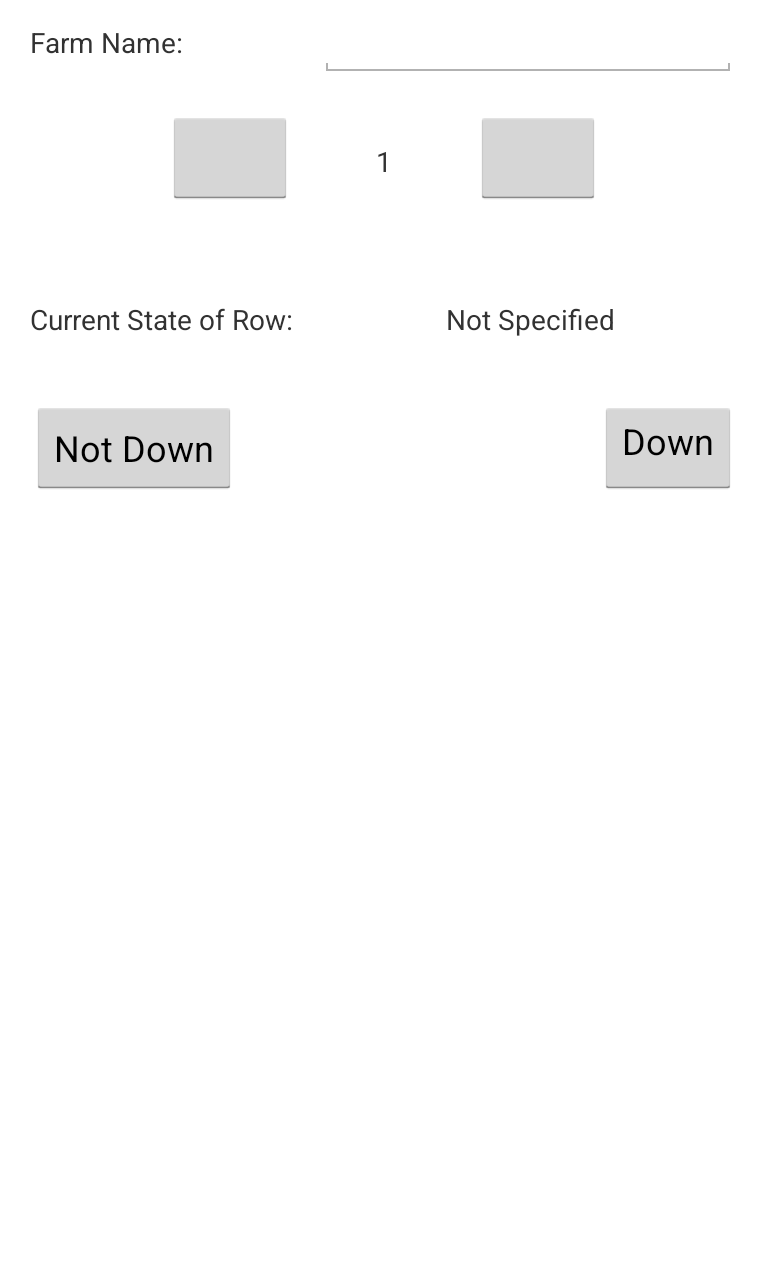
Repository: cokembel/FarmHand
Layout: FarmHand/res/layout/activity_main.xml
The author's editor kept a copy of each file at every save. The layout is drawn from the files as they stood at one save, then again after the next save.
It is drawn on a 768 x 1280 px phone screen (xhdpi) without system bars, with theme AppTheme; the app's code is not run.

Above is the layout before, as saved 2012-12-05 10:09:18.

### FarmHand/res/layout/activity_main.xml

    <ScrollView xmlns:android="http://schemas.android.com/apk/res/android"
        android:layout_width="match_parent"
        android:layout_height="match_parent"
        android:layout_alignParentLeft="true"
        android:layout_alignParentTop="true" >

        <RelativeLayout
            android:layout_width="match_parent"
            android:layout_height="wrap_content" >

            <AutoCompleteTextView
                android:id="@+id/farm_name"
                android:layout_width="wrap_content"
                android:layout_height="wrap_content"
                android:layout_alignParentRight="true"
                android:layout_alignParentTop="true"
                android:layout_marginRight="15dp"
                android:ems="10" />

            <TextView
                android:id="@+id/farm_label"
                android:layout_width="100dp"
                android:layout_height="wrap_content"
                android:layout_alignBaseline="@id/farm_name"
                android:layout_alignBottom="@id/farm_name"
                android:gravity="left"
                android:layout_marginLeft="15dp"
                android:text="@string/farm_name" />

            <TextView
                android:id="@+id/status_label"
                android:layout_width="wrap_content"
                android:layout_height="wrap_content"
                android:layout_marginTop="150dp"
                android:layout_alignLeft="@id/farm_label"
                android:text="@string/status" />

            <TextView
                android:id="@+id/current_status"
                android:layout_width="wrap_content"
                android:layout_height="wrap_content"
                android:layout_alignBaseline="@id/status_label"
                android:layout_alignParentRight="true"
                android:gravity="center_horizontal"
                android:layout_toRightOf="@id/status_label"
                android:text="Not Specified" />

             <TextView
                android:id="@+id/row_number"
                android:layout_width="90dp"
                android:layout_height="40dp"
                android:layout_alignBaseline="@+id/prev_row_button"
                android:layout_alignBottom="@+id/prev_row_button"
                android:layout_centerHorizontal="true"
                android:gravity="center"
                android:text="1" />

            <Button
                android:id="@+id/next_row_button"
                android:layout_width="wrap_content"
                android:layout_height="match_parent"
                android:layout_toRightOf="@id/row_number"
                android:layout_alignTop="@id/prev_row_button"
                />

            <Button
                android:id="@+id/prev_row_button"
                android:layout_toLeftOf="@id/row_number"
                android:layout_width="wrap_content"
                android:layout_height="wrap_content"
                android:layout_marginTop="55dp"
               />

            <Button
                android:id="@+id/not_down_button"
                android:layout_width="wrap_content"
                android:layout_height="wrap_content"
                android:layout_alignLeft="@+id/status_label"
                android:layout_marginTop="200dp"
                android:text="Not Down" />

            <Button
                android:id="@+id/down_button"
                android:layout_width="wrap_content"
                android:layout_height="wrap_content"
                android:layout_alignBottom="@id/not_down_button"
                android:layout_alignRight="@+id/farm_name"
                android:gravity="right"
                android:text="Down" />

        </RelativeLayout>

    </ScrollView>

### FarmHand/res/values/strings.xml
<resources>

    <string name="app_name">FarmHand</string>
    <string name="menu_settings">Settings</string>
    <string name="title_activity_main">MainActivity</string>
    <string name="farm_name">Farm Name:</string>
	<string name="status">Current State of Row:</string>

</resources>

Loaded but not shown: FarmHand/res/values-v11/styles.xml (common file); FarmHand/res/values-v14/styles.xml (common file); FarmHand/res/values/styles.xml (common file)

After the next save:
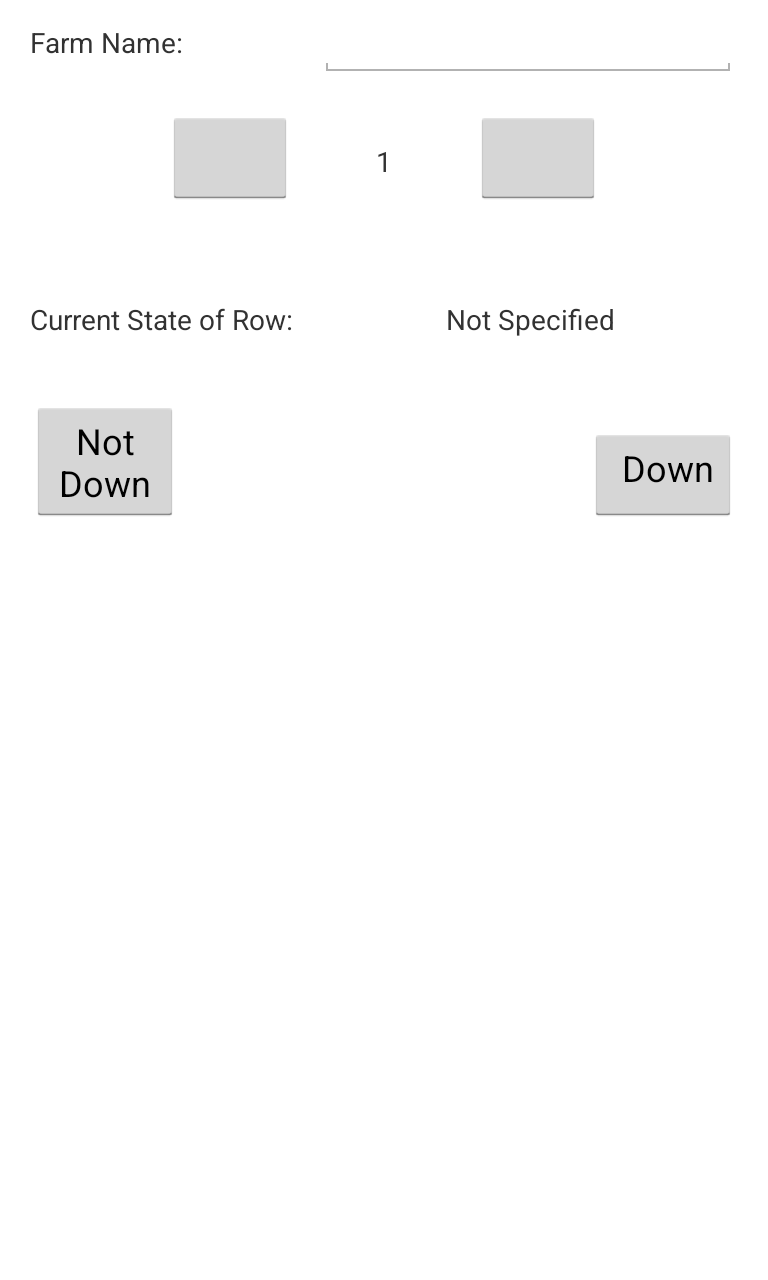
Saved 29 s later.
--- a/FarmHand/res/layout/activity_main.xml
+++ b/FarmHand/res/layout/activity_main.xml
@@ -74,7 +74,7 @@
 
             <Button
                 android:id="@+id/not_down_button"
-                android:layout_width="wrap_content"
+                android:layout_width="75dp"
                 android:layout_height="wrap_content"
                 android:layout_alignLeft="@+id/status_label"
                 android:layout_marginTop="200dp"
@@ -82,7 +82,7 @@
 
             <Button
                 android:id="@+id/down_button"
-                android:layout_width="wrap_content"
+                android:layout_width="75dp"
                 android:layout_height="wrap_content"
                 android:layout_alignBottom="@id/not_down_button"
                 android:layout_alignRight="@+id/farm_name"
